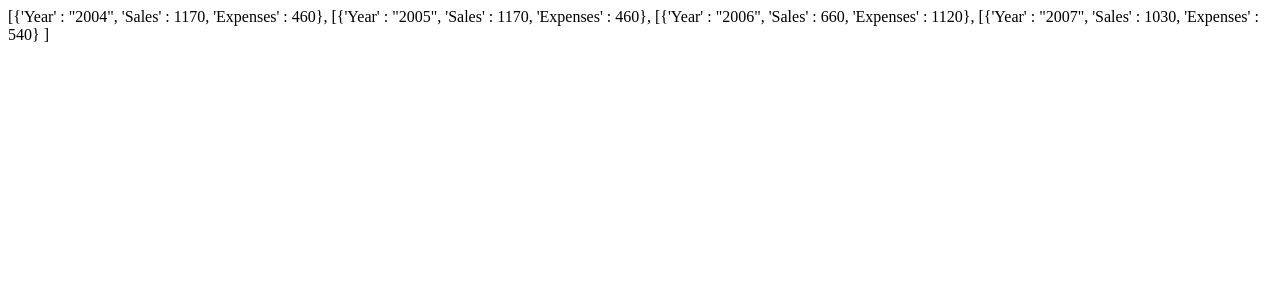
Repository: KYEONGWON-KIM/Project
Page: http://localhost/step02_axiosResponse/axiosPost.jsp
An editor plug-in stored every save of this project. The page is shown before and after the next save, followed by the edit.
The browser window is 1280 px wide. The pictures show the whole page.
The page is served by Tomcat 9.

Above is the page before, as saved 2019-09-03 07:14:17.

After the next save:
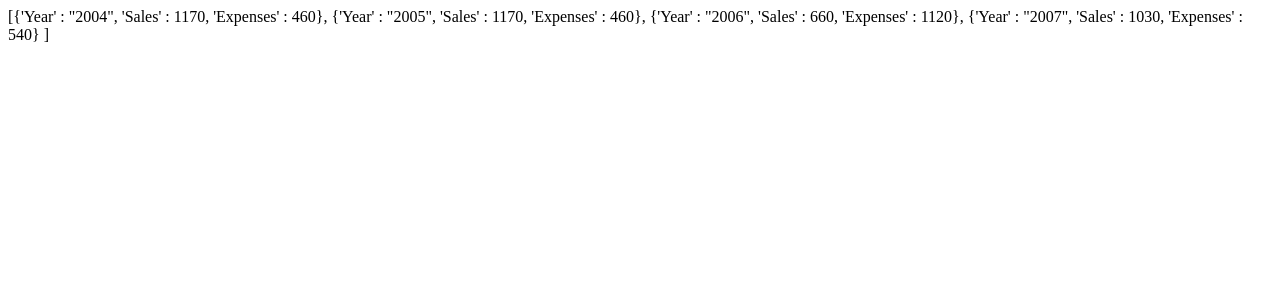
Saved 2 min 41 s later.
--- a/04.JavaScript/step02_axiosResponse/WebContent/axiosPost.jsp
+++ b/04.JavaScript/step02_axiosResponse/WebContent/axiosPost.jsp
@@ -2,7 +2,7 @@
     pageEncoding="UTF-8"%>
 <% response.setHeader("Access-Control-Allow-Origin", "*"); %>
 [{'Year' : "2004", 'Sales' : 1170, 'Expenses' : 460},
-[{'Year' : "2005", 'Sales' : 1170, 'Expenses' : 460},
-[{'Year' : "2006", 'Sales' : 660, 'Expenses' : 1120},
-[{'Year' : "2007", 'Sales' : 1030, 'Expenses' : 540}
+{'Year' : "2005", 'Sales' : 1170, 'Expenses' : 460},
+{'Year' : "2006", 'Sales' : 660, 'Expenses' : 1120},
+{'Year' : "2007", 'Sales' : 1030, 'Expenses' : 540}
 ]
